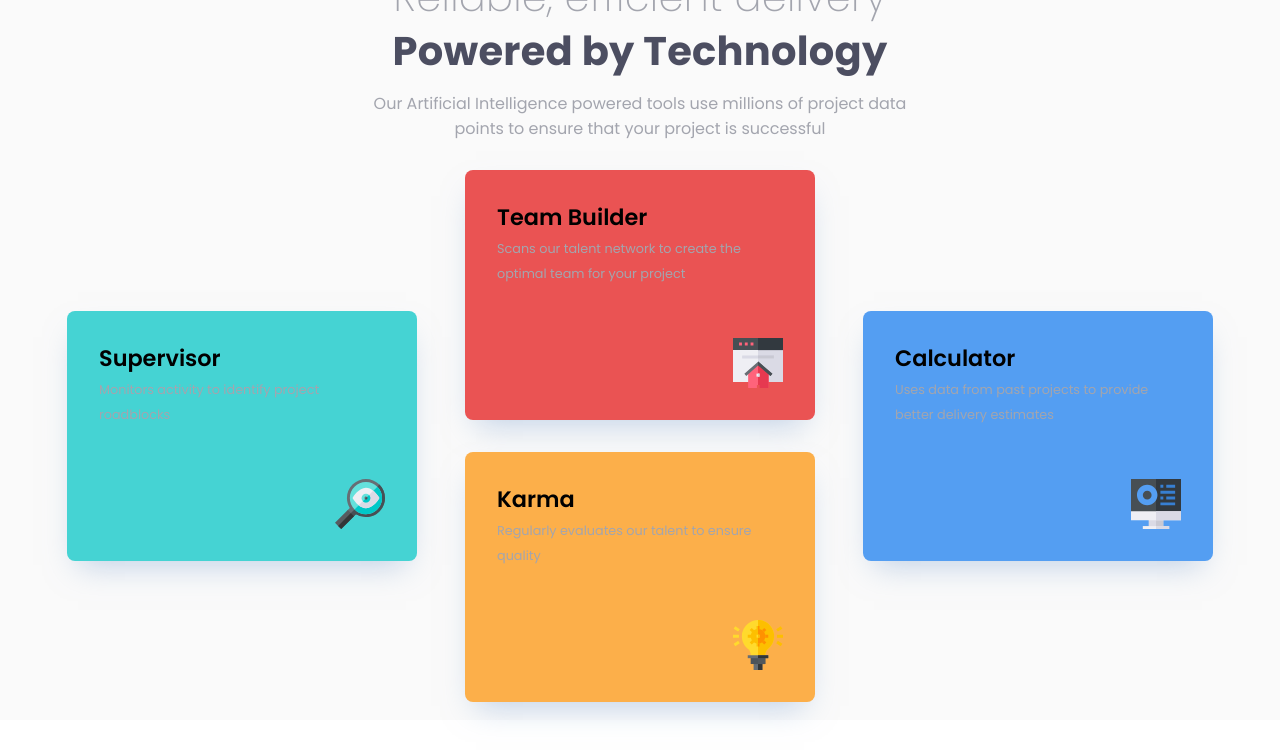
Repository: brandontaylor1/four-card-feature
Page: index.html
An editor plug-in stored every save of this project. The page is shown before and after the next save, followed by the edit.
The browser window is 1280 px wide. The pictures show the whole page.

Above is the page before, as saved 2025-01-10 20:16:37.

### index.html
<!DOCTYPE html>
<html lang="en">
<head>
    <meta charset="UTF-8">
    <meta name="viewport" content="width=device-width, initial-scale=1.0">
    <link rel="preconnect" href="https://fonts.googleapis.com">
    <link rel="preconnect" href="https://fonts.gstatic.com" crossorigin>
    <link href="https://fonts.googleapis.com/css2?family=Poppins:ital,wght@0,100;0,200;0,300;0,400;0,500;0,600;0,700;0,800;0,900;1,100;1,200;1,300;1,400;1,500;1,600;1,700;1,800;1,900&display=swap" rel="stylesheet">
    <link rel="stylesheet" href="styles.css">
    <title>Four Card Feature</title>
</head>
<body>
    <main class="container">
        <div class="page-content">
            <h1>Reliable, efficient delivery</h1>
            <h2>Powered by Technology</h2>
            <p>Our Artificial Intelligence powered tools use millions of project data points to ensure that your project is successful</p>
        </div>
        <div class="column-container">
            <div class="card-column">
                <div class="card" id="green-card">
                    <h3>Supervisor</h3>
                    <p>Monitors activity to identify project roadblocks</p>
                    <img src="./assets/images/icon-supervisor.svg" alt="Supervisor Icon">
                </div>
            </div>

            <div class="card-column">
                <div class="card" id="red-card">
                    <h3>Team Builder</h3>
                    <p>Scans our talent network to create the optimal team for your project</p>
                    <img src="./assets/images/icon-team-builder.svg" alt="Supervisor Icon">
                </div>
                <div class="card" id="orange-card">
                    <h3>Karma</h3>
                    <p>Regularly evaluates our talent to ensure quality</p>
                    <img src="./assets/images/icon-karma.svg" alt="Supervisor Icon">
                </div>
            </div>

            <div class="card-column">
                <div class="card" id="blue-card">
                    <h3>Calculator</h3>
                    <p>Uses data from past projects to provide better delivery estimates</p>
                    <img src="./assets/images/icon-calculator.svg" alt="Supervisor Icon">
                </div>
            </div>
        </div>
    </main>

</body>
</html>

### styles.css
* {
    margin: 0;
    padding: 0;
    box-sizing: border-box;
}

:root {
    --primary-red: hsl(0, 78%, 62%);
    --primary-cyan: hsl(180, 62%, 55%);
    --primary-orange: hsl(34, 97%, 64%);
    --primary-blue: hsl(212, 86%, 64%);

    --secondary-dark-blue: hsl(234, 12%, 34%);
    --secondary-grayish-blue: hsl(229, 6%, 66%);
    --secondary-light-gray: hsl(0, 0%, 98%);
}

.container {
    height: 100vh;
    display: flex;
    align-items: center;
    justify-content: center;
    flex-direction: column;
    background-color: #FAFAFA;
}

.page-content {
    display: flex;
    flex-direction: column;
    align-items: center;
    justify-content: space-between;
    height: 9.375rem;
    max-width: 540px;
    margin-bottom: 50px;
}

.page-content h1 {
    font-size: 2.5rem;
    font-family: "Poppins", sans-serif;
    font-weight: 200;
    line-height: 54px;
    letter-spacing: .25px;
    color: var(--secondary-grayish-blue);
}

.page-content h2 {
    font-size: 2.5rem;
    font-family: "Poppins", sans-serif;
    font-weight: 700;
    line-height: 54px;
    letter-spacing: .25px;
    color: var(--secondary-dark-blue);
    margin-bottom: 13px;
}

.page-content p {
    font-size: 1rem;
    font-family: "Poppins", sans-serif;
    font-weight: 400;
    line-height: 25px;
    text-align: center;
    color: var(--secondary-grayish-blue);

}

.column-container {
    display: grid;
    justify-content: center;
    align-items: center;
    grid-template-columns: repeat(3, 1fr);
    grid-template-rows: repeat(2, auto);
    gap: 3rem;
}

.card:nth-child(2) {
    margin-top: 2rem;
}

.card {
    width: 350px;
    height: 250px;
    border-radius: 0.5rem;
    padding: 2rem;
    position: relative;
    background: #FFF;
    box-shadow: 0px 15px 30px -11px rgba(131, 166, 210, 0.50);
}

.card h3 {
    font-size: 1.4rem;
    font-family: "Poppins", sans-serif;
    font-weight: 600;
    line-height: 30px;
    margin-bottom: 4px;
}

.card p {
    font-size: .8rem;
    font-family: "Poppins", sans-serif;
    font-weight: 400;
    line-height: 25px;
    font-family: "Poppins", sans-serif;
    color: var(--secondary-grayish-blue);
}

.card img {
    width: 50px;
    height: 50px;
    position: absolute;
    bottom: 2rem;
    right: 2rem;
}

#green-card {
    background: var(--primary-cyan);
}

#red-card {
    background: var(--primary-red);
}

#orange-card {
    background: var(--primary-orange);
}

#blue-card {
    background: var(--primary-blue);
}


@media (max-width: 1110px) {
    .container {
        height: auto;
        padding: 2rem;
    }

    .page-content {
        margin-top: 85px;
        width: 311px;
    }

    .page-content h1 {
        font-size: 1.5rem;
        line-height: 30px;
        margin-bottom: 5px;
        font-weight: 300;
    }

    .page-content h2 {
        font-size: 1.5rem;
        line-height: 30px;
        margin-bottom: 10px;
        font-weight: 600;
    }

    .page-content p {
        font-size: 1rem;
        line-height: 25px;
        font-weight: 300;
    }

    .card {
        width: 311px;
    }

    .column-container {
        grid-template-columns: 1fr;
    }
}

After the next save:
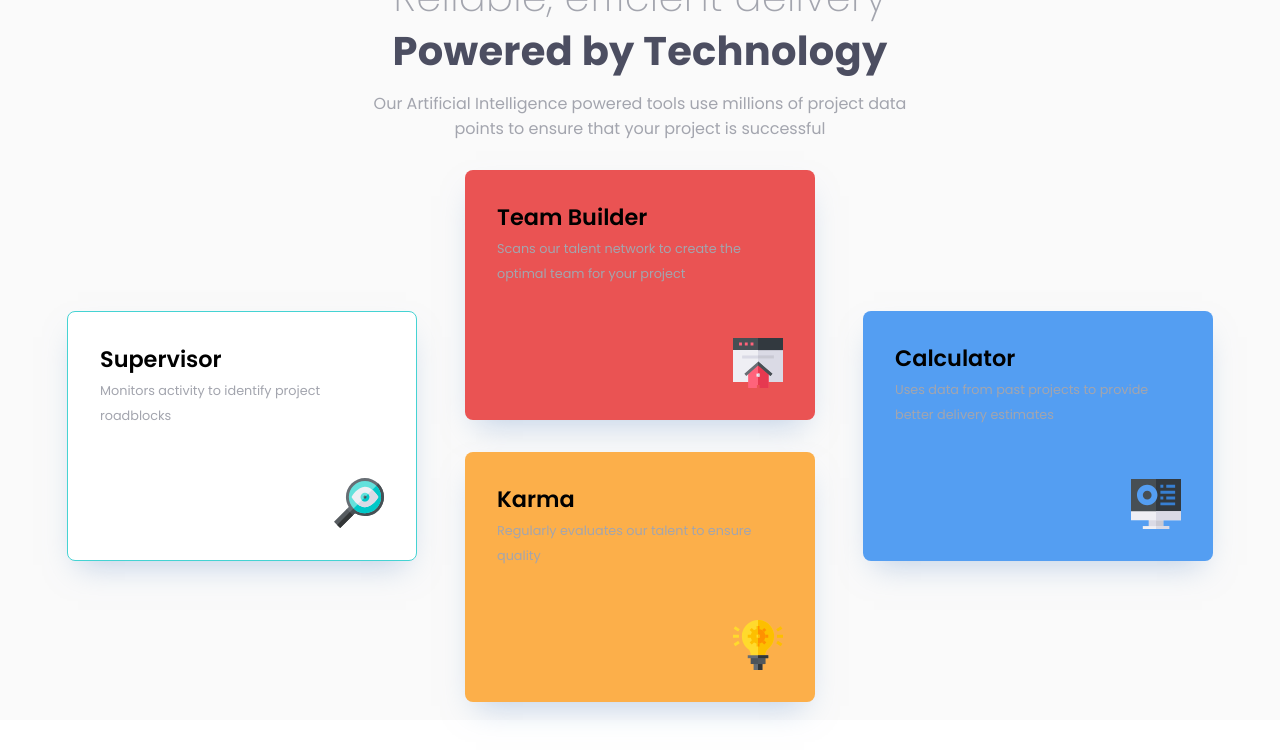
Saved 15 s later.
--- a/styles.css
+++ b/styles.css
@@ -112,7 +112,8 @@
 }
 
 #green-card {
-    background: var(--primary-cyan);
+    border: 1px solid var(--primary-cyan);
+
 }
 
 #red-card {
